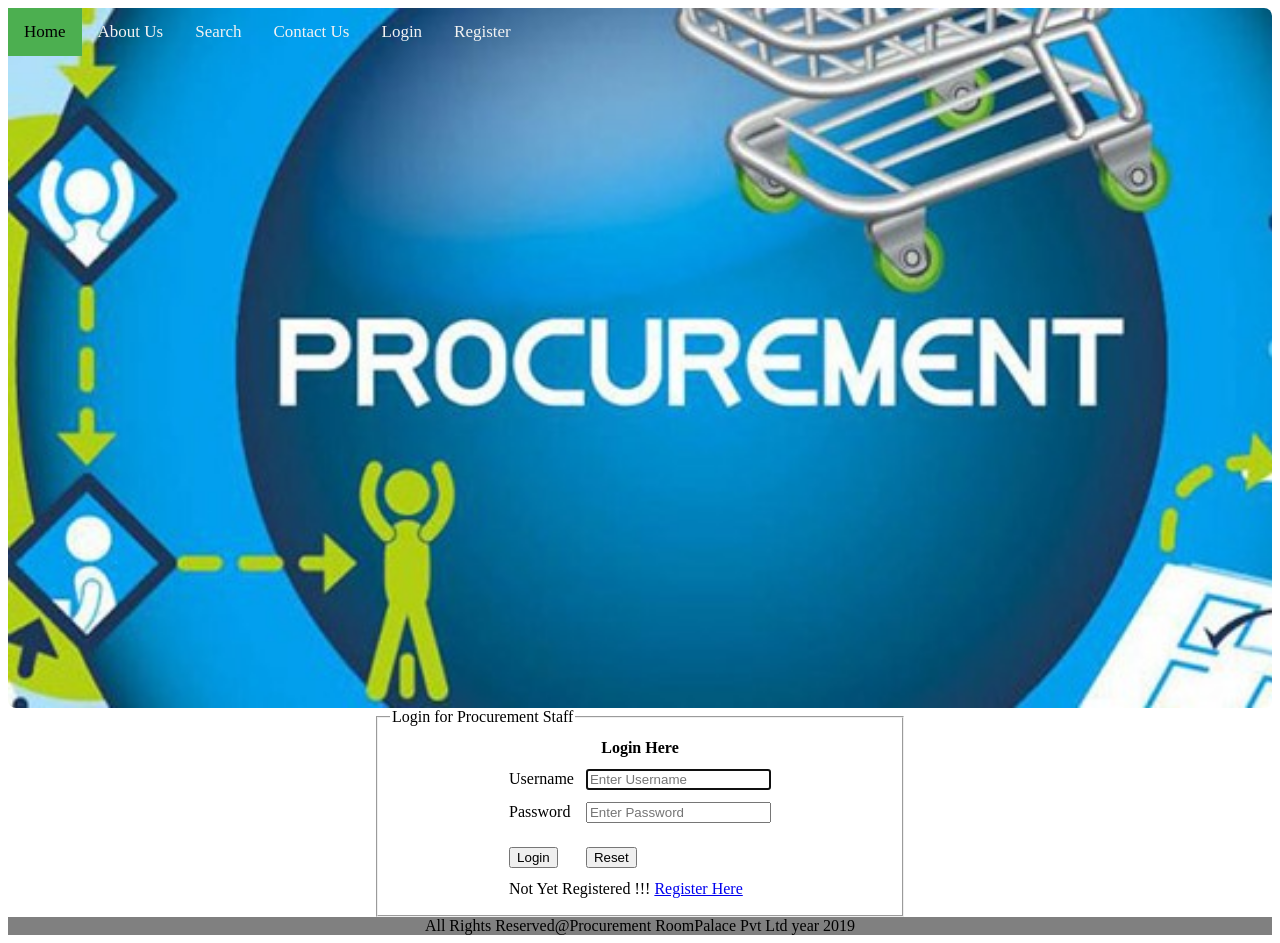
Repository: nirmaniPathiranage/CSSE-Procurement-Management
Page: http://localhost/Item_Management/Login.jsp
An editor plug-in stored every save of this project. The page is shown before and after the next save, followed by the edit.
The browser window is 1280 px wide. The pictures show the whole page.
The page is served by Tomcat 9. Other server files are loaded and not shown.

Above is the page before, as saved 2019-09-29 17:05:35.

### Item_Management/WebContent/Login.jsp
<%@ page language="java" contentType="text/html; charset=ISO-8859-1"
	pageEncoding="ISO-8859-1"%>
<!DOCTYPE html>
<html>
<head>
<meta http-equiv="Content-Type" content="text/html; charset=ISO-8859-1">
<title>Login</title>
<style>
header{
background-image: url(procurement.jpg);
background-size: cover;
border-radius:8px;
height:700px;
width:100%;
opacity:1;
}

.topnav a{
float:left;
color:#f2f2f2;
text-align:center;
padding:14px 16px;
text-decoration:none;
font-size:17px;
}

.topnav a:hover{
background-color:#ddd;
color:black;
}

.topnav a.active{
background-color:#4CAF50;
color:black;
}
</style>
<script>
	function validate() {
		var username = document.form.username.value;
		var password = document.form.password.value;

		if (username == null || username == "") {
			alert("Username cannot be blank");
			return false;
		} else if (password == null || password == "") {
			alert("Password cannot be blank");
			return false;
		}
	}
</script>
</head>
<body>
<header>
<div class = "topnav">
<a class = "active"  href="HomePage.jsp">Home</a>
			<a href="###">About Us</a>
			<a href="###">Search</a>
			<a href="###">Contact Us</a>
			<font align:right>
			<a href="Login.jsp">Login</a>
			<a href="Register.jsp">Register</a>
			</font>
</div>
</header>
	<form name="form" action="LoginServlet" method="post"
		onsubmit="return validate()">
		<center>
			<fieldset style="width: 500px">
				<legend> Login for Procurement Staff</legend>
				<table border="0" width="50%" cellpadding="5">
					<tr>
						<th colspan="2">Login Here</th>
					</tr>
					<tbody>
						<tr>
							<td>Username</td>
							<td><input type="text" name="username" value="" autofocus
								placeholder="Enter Username" autocomplete="off" required /></td>
						</tr>
						<tr>
							<td>Password</td>
							<td><input type="password" name="password" value=""
								placeholder="Enter Password" autocomplete="off" required /></td>
						</tr>
						<tr>
							<td><span style="color: red"><%=(request.getAttribute("errMessage") == null) ? "" : request.getAttribute("errMessage")%></span></td>
						</tr>
						<tr>
							<td><input type="submit" value="Login"></input></td>
							<td><input type="reset" value="Reset"></input></td>
						</tr>
						<tr>
							<td colspan="2">Not Yet Registered !!! <a
								href="Register.jsp">Register Here</a></td>
						</tr>
					</tbody>
				</table>
			</fieldset>
		</center>
	</form>
	<footer><div align="center" style ="background-color:#808080">All Rights Reserved@Procurement RoomPalace Pvt Ltd year 2019</footer>
</body>
</html>

After the next save:
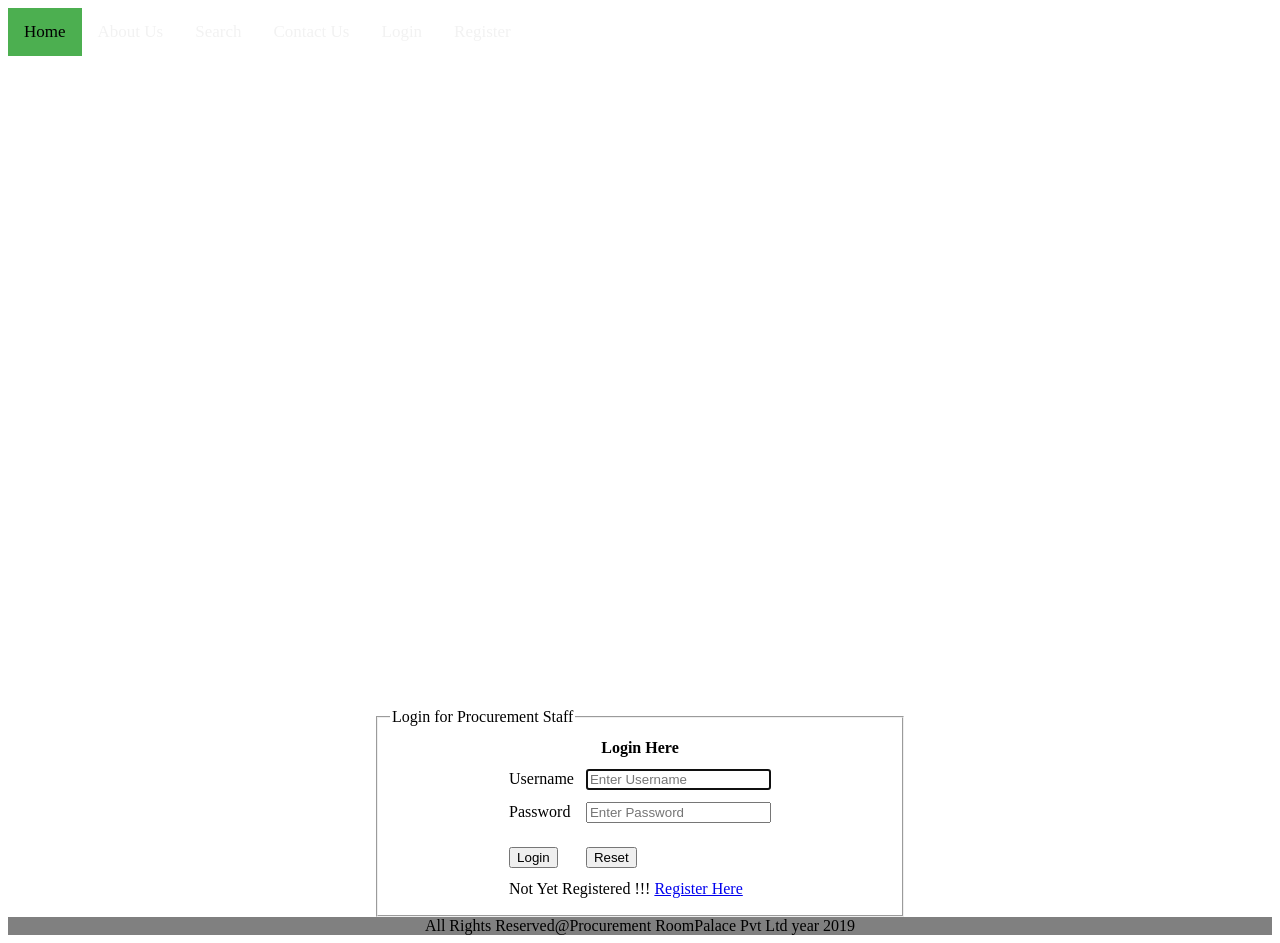
Saved 24 s later.
--- a/Item_Management/WebContent/Login.jsp
+++ b/Item_Management/WebContent/Login.jsp
@@ -7,7 +7,6 @@
 <title>Login</title>
 <style>
 header{
-background-image: url(procurement.jpg);
 background-size: cover;
 border-radius:8px;
 height:700px;
